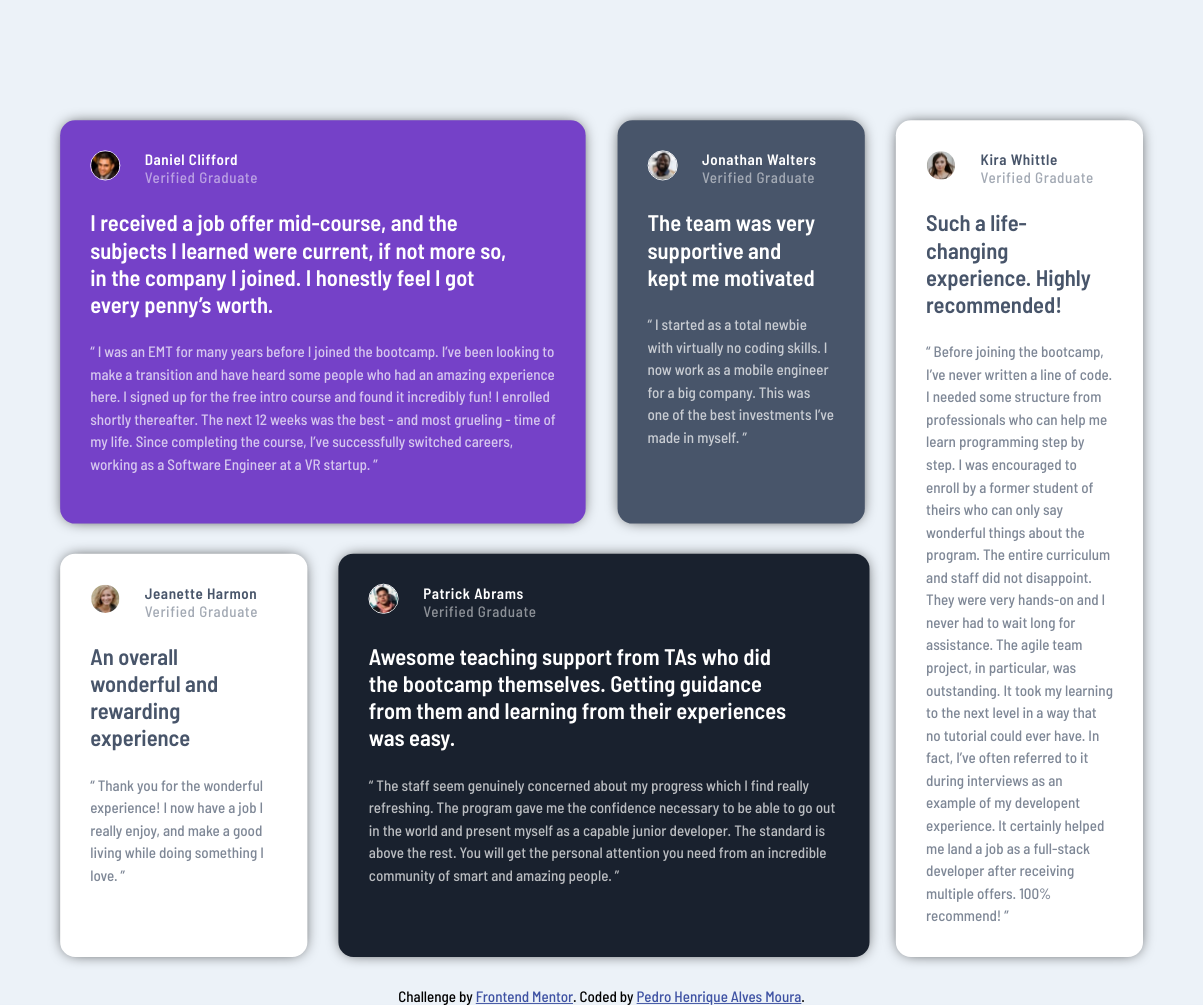
Repository: Pedrohamoura-Git/Frontend-Mentor-Challenges
Page: Junior/testimonials-grid-section-main/index.html
The author's editor kept a copy of each file at every save. The page is drawn from the files as they stood at one save, then again after a run of saves.
The browser window is 1280 px wide. The pictures show the whole page, at 94% of full size.

Above is the page before, as saved 2021-06-02 10:28:21.

After the next 5 saves:
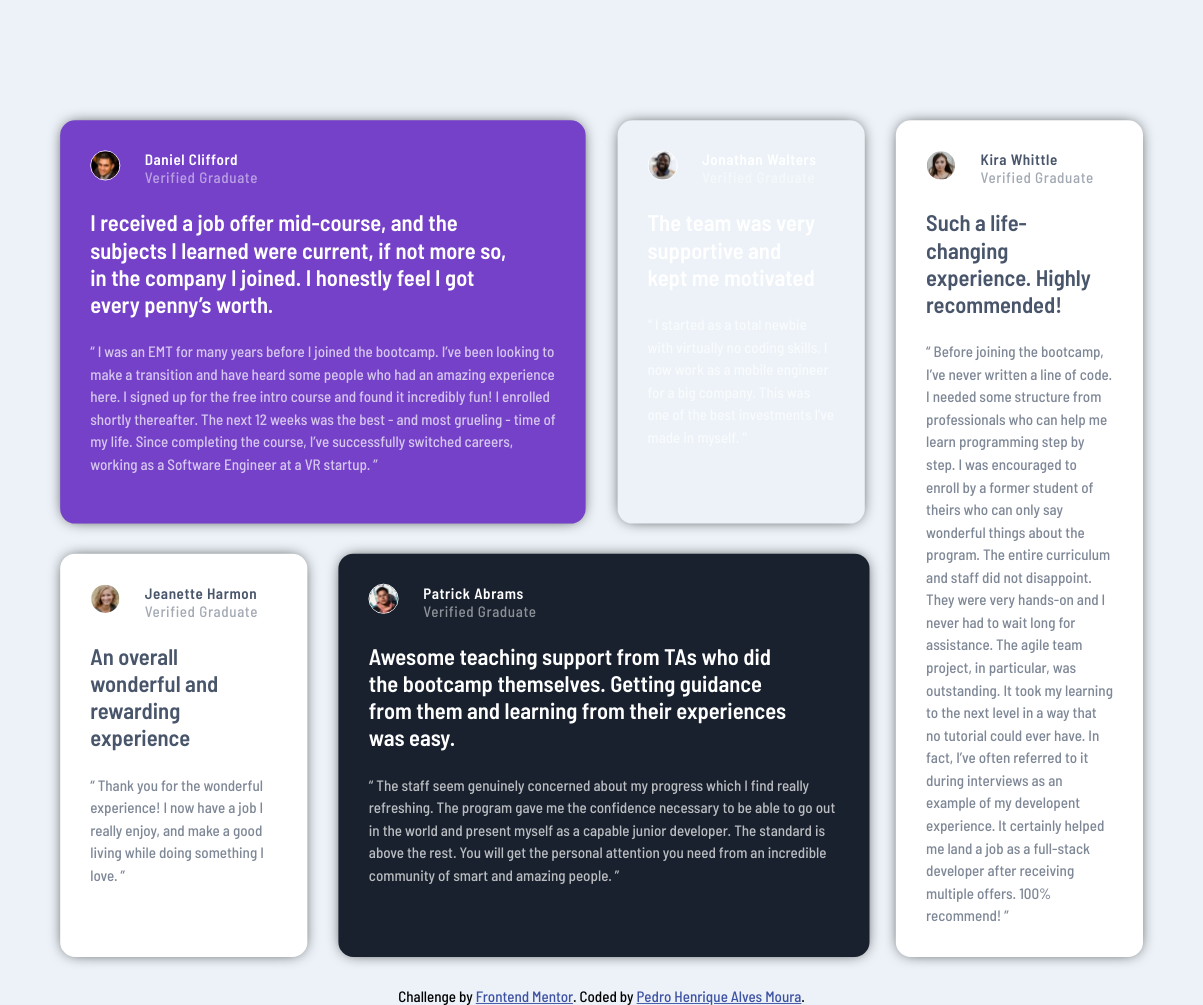
The 5 saves are shown as one change because they came seconds apart.
The last was saved 15 s later.
--- a/Junior/testimonials-grid-section-main/css/style.css
+++ b/Junior/testimonials-grid-section-main/css/style.css
@@ -104,6 +104,8 @@
         background: hsl(263, 55%, 52%);
     }
 
+    #card1 p.reviews ::
+
 
     #card2 {
         background: hsl(217, 19%, 35%);

After the save that followed:
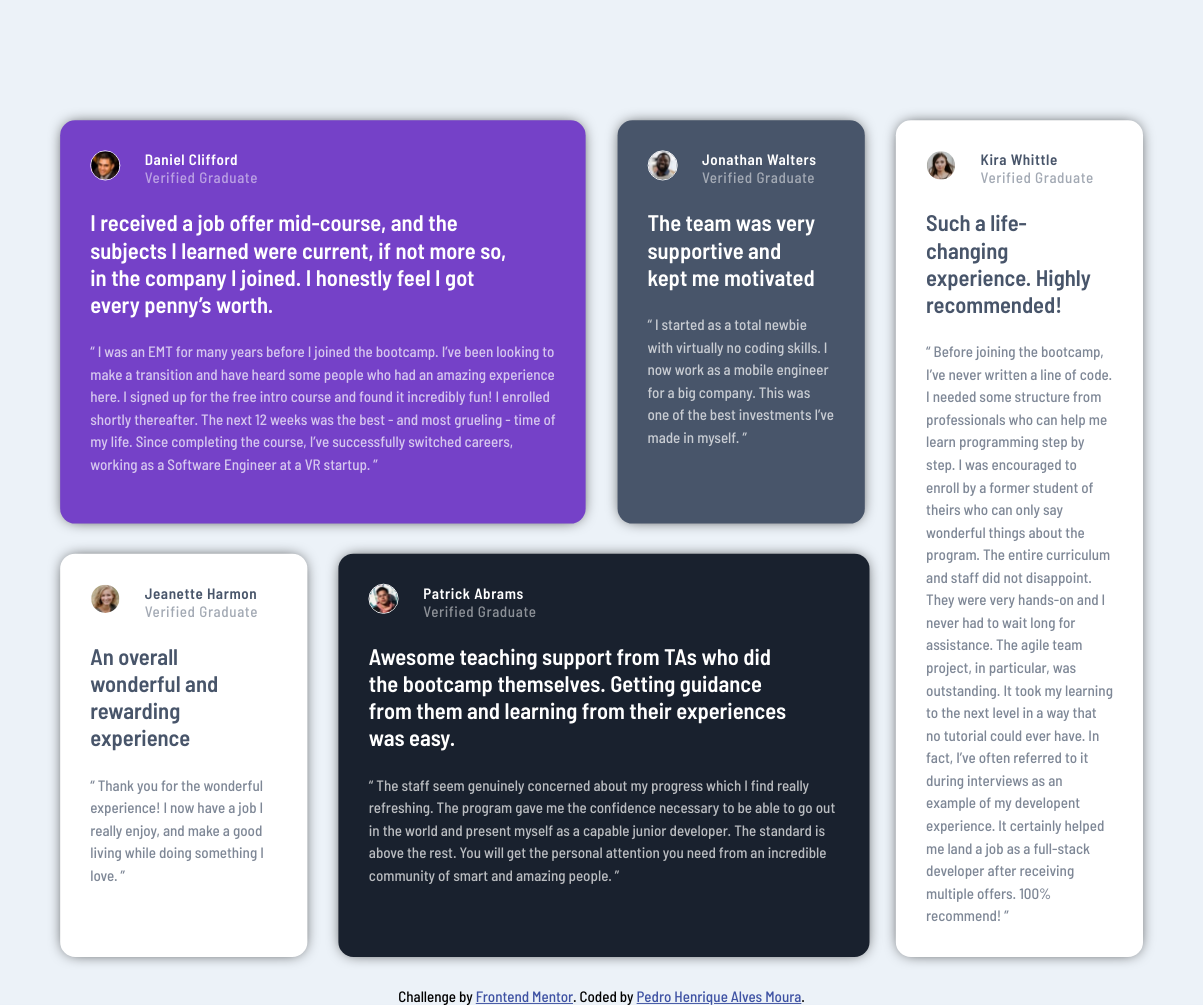
Saved 4 s later.
--- a/Junior/testimonials-grid-section-main/css/style.css
+++ b/Junior/testimonials-grid-section-main/css/style.css
@@ -104,7 +104,17 @@
         background: hsl(263, 55%, 52%);
     }
 
-    #card1 p.reviews ::
+    #card1 p.reviews ::after {
+        content: "";
+position: absolute;
+z-index: -1;
+background-image: url(../images/bg-pattern-quotation.svg);
+background-repeat: no-repeat;
+width: 104px;
+height: 102px;
+left: 66%;
+top: 0;
+    }
 
 
     #card2 {
